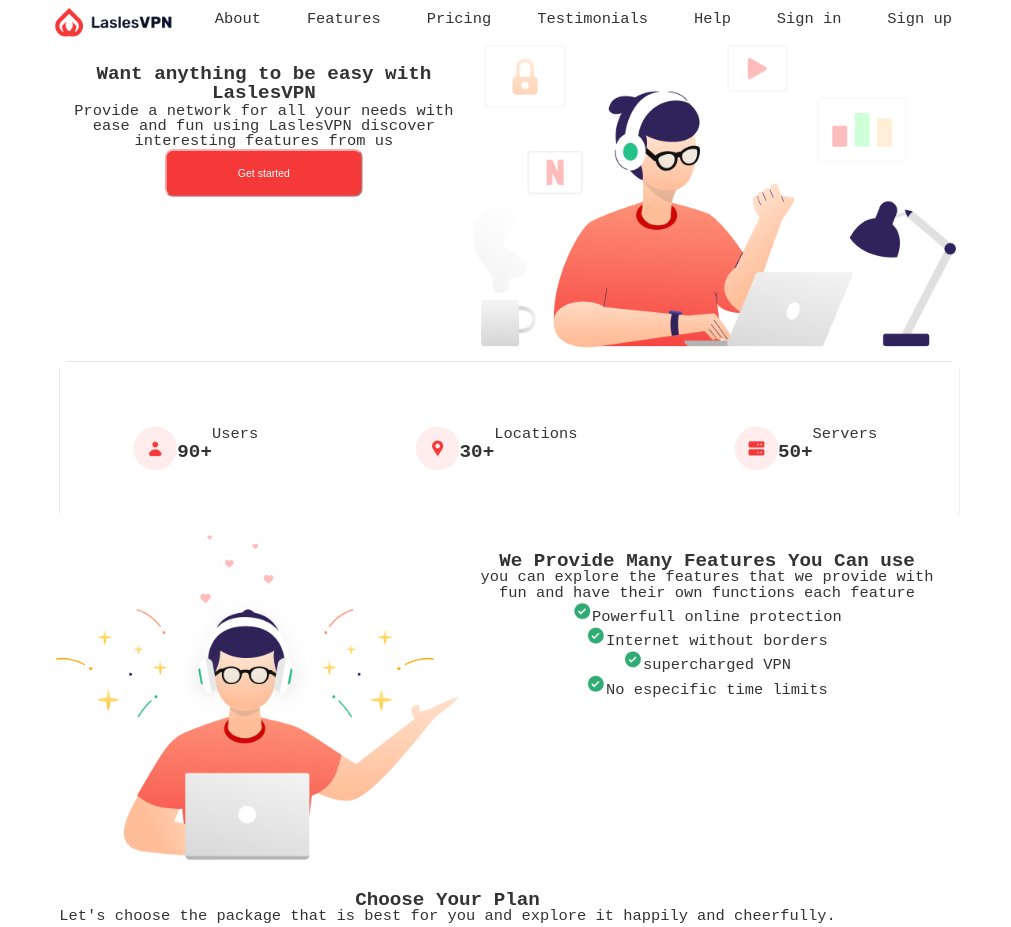
Repository: RaphaelMatheus-br/LP-251123
Page: index.html
An editor plug-in stored every save of this project. The page is shown before and after the next save, followed by the edit.
The browser window is 1280 px wide. The pictures show the whole page, at 79% of full size.

Above is the page before, as saved 2023-11-25 14:15:50.

### index.html
<!DOCTYPE html>
<html lang="en">

<head>
    <meta charset="UTF-8">
    <meta name="viewport" content="width=device-width, initial-scale=1.0">
    <title>Document</title>
    <link rel="stylesheet" href="style.css">
</head>

<body>

<section class="container flex">
    <img src="./imagens/Logo.png" alt="logo">
	<div class="item">About</div>
	<div class="item">Features</div>
	<div class="item">Pricing</div>
	<div class="item">Testimonials</div>
	<div class="item">Help</div>
	<div class="item">Sign in</div>
    <div class="item">Sign up</div>
</section>

<section class="container flex">
    <div class="item">
        <h1 class="sobre__titulo">Want anything to be easy with LaslesVPN</h1>
        <p class="sobre__descricao">Provide a network for all your needs with ease and fun using LaslesVPN discover interesting features from us</p>
        <button class="sobre__botao">Get started</button>
    </div>
    <div class="img">
        <img src="./imagens/Illustration 1.png" alt="ilutracao__1">
    </div>
</section>

<section class="container">
    <div class="item">
        <div class="rectangle">
            <div class="icons">
                <div class="user">
                    <img src="./imagens/user.png" alt="user__img">
                    <h1 class="sobre__user">90+</h1>
                    <p class="p__user">Users</p>
                </div>
                <div class="location">
                    <img src="./imagens/location.png" alt="location">
                    <h1 class="sobre__location">30+</h1>
                    <p class="p__location">Locations</p>
                </div>
                <div class="server">
                    <img src="./imagens/Server.png" alt="server">
                    <h1 class="sobre__server">50+</h1>
                    <p class="p__server">Servers</p>
                </div>
            </div>
        </div>
    </div>
</section>

<section class="container flex">
    <div class="img">
        <img src="./imagens/Illustration 2.png" alt="ilutracao__2">
    </div>

    <div class="item">
        <h1 class="sobre__titulo">We Provide Many Features You Can use</h1>
        <p class="sobre__descricao">you can explore the features that we provide with fun and have their own functions each feature</p>
        <ul class="list">
            <li><img src="./imagens/check.png" alt="check">Powerfull online protection</img></li>
            <li><img src="./imagens/check.png" alt="check">Internet without borders</img></li>
            <li><img src="./imagens/check.png" alt="check">supercharged VPN</img></li>
            <li><img src="./imagens/check.png" alt="check">No especific time limits</img></li>
        </ul>
    </div>
</section>

<section class="container flex" class="sessao__tres">
    <div class="item">
        <div class="choose__plan">
            <h1>Choose Your Plan</h1>
            <p>Let's choose the package that is best for you and explore it happily and cheerfully.</p>
        </div>
    </div>
</section>

</body>
</html>

### style.css
html, body, div, span, applet, object, iframe,
h1, h2, h3, h4, h5, h6, p, blockquote, pre,
a, abbr, acronym, address, big, cite, code,
del, dfn, em, img, ins, kbd, q, s, samp,
small, strike, strong, sub, sup, tt, var,
b, u, i, center,
dl, dt, dd, ol, ul, li,
fieldset, form, label, legend,
table, caption, tbody, tfoot, thead, tr, th, td,
article, aside, canvas, details, embed,
figure, figcaption, footer, header, hgroup,
menu, nav, output, ruby, section, summary,
time, mark, audio, video {
	margin: 0;
	padding: 0;
	border: 0;
	font-size: 100%;
	font: inherit;
	vertical-align: baseline;
    background: white;
}
/* HTML5 display-role reset for older browsers */
article, aside, details, figcaption, figure,
footer, header, hgroup, menu, nav, section {
	display: block;
}
body {
	line-height: 1;
}

ol, ul {
	list-style: none;
}
blockquote, q {
	quotes: none;
}
blockquote:before, blockquote:after,
q:before, q:after {
	content: '';
	content: none;
}
table {
	border-collapse: collapse;
	border-spacing: 0;
}

.container {
    max-width: 1140px;
    margin: 0 auto;
    position: relative;
    padding-top: 10px;
    display: flex;
    justify-content: space-between;
    flex: 1;
}

/* Flex Item */
.item {
	margin: 5px;
	text-align: center;
	font-size: 1.5em;
}

h1 {
	text-align: center;
	margin: 20px 0 0 0;
	font-size: 1.25em;
	font-weight: 700;
}

body {
	font-family: monospace;
	color: #333;
}

.row {
	display: flex;
}
.sobre__titulo {
    font-weight: 700;
}

.sobre__descricao {
font-weight: 300;
}

.sobre__botao {
width: 250px;
height: 60px;
flex-shrink: 0;
border-radius: 10px;
border-color: rgba(255, 193, 193, 0.842);
background: #F53838;
color: white;
}

.rectangle {
display: flex;
width: 1140px;
height: 200px;
flex-shrink: 0;
border-radius: 10px;
background: gray;
border-color: white;
justify-content: space-between;
}

.icons {
width: 100%;
height: 100%;
flex-shrink: 0;
display: flex;
align-items: center;
position: absolute;
max-width: 100%;
justify-content: space-around;
background-color: none;
}

.user {
display: flex;;
margin-right: 20px;
margin-left: 10px;
}

.location {
display: flex;;
margin-right: 20px;
margin-left: 10px;
}

.server {
display: flex;;
margin-right: 20px;
margin-left: 10px;
}

.item__dois {
    flex-direction: row-reverse;
}

.sessao__tres{
    background-color: grey;
    align-content: center;
    padding-top: 50px;
}

After the next save:
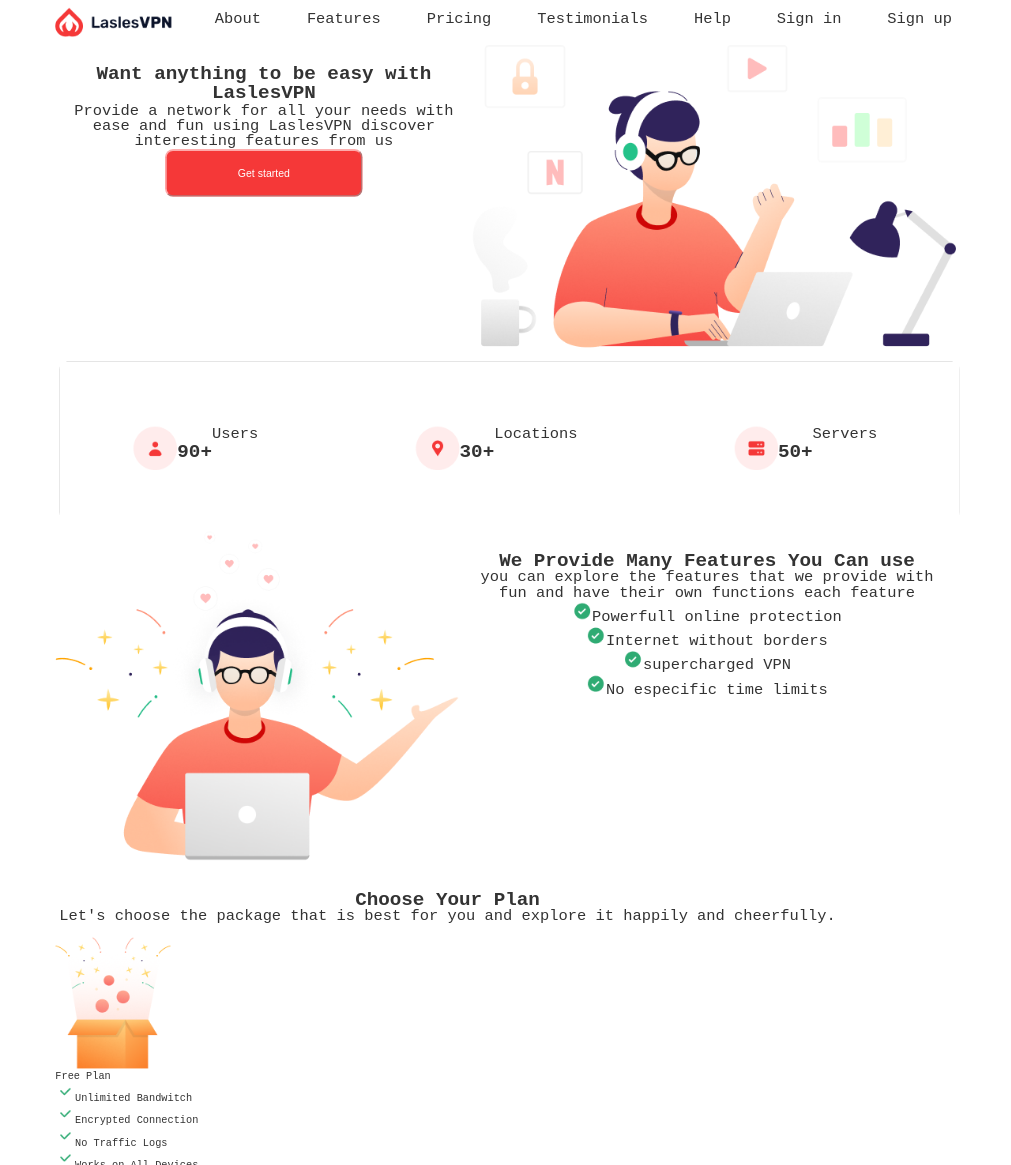
Saved 6 min 41 s later.
--- a/index.html
+++ b/index.html
@@ -82,5 +82,18 @@
     </div>
 </section>
 
+<section class="container flex">
+    <div class="free plan">
+        <img src="./imagens/Free.png" alt="free">
+        <h3>Free Plan</h3>
+        <ul>
+            <li><img src="./imagens/jam_check.png">Unlimited Bandwitch</li>
+            <li><img src="./imagens/jam_check.png">Encrypted Connection</li>
+            <li><img src="./imagens/jam_check.png">No Traffic Logs</li>
+            <li><img src="./imagens/jam_check.png">Works on All Devices</li>
+        </ul>
+    </div>
+</section>
+
 </body>
 </html>
